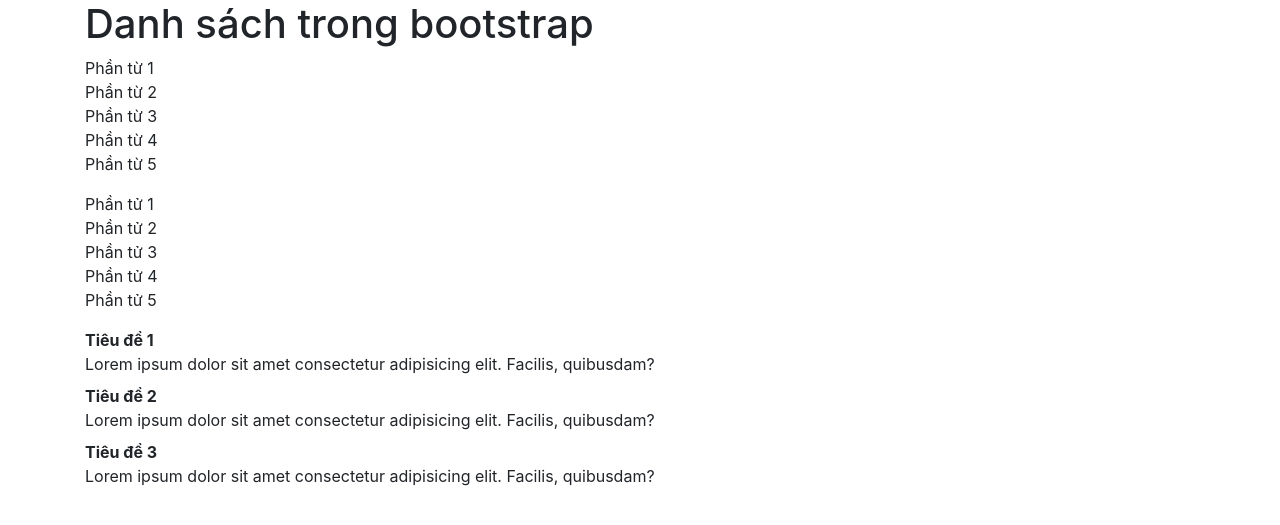
Repository: anhtu2110/front_end
Page: lesson/bootstrap/text-images/3.7-list.html
The author's editor kept a copy of each file at every save. The page is drawn from the files as they stood at one save, then again after the next save.
The browser window is 1280 px wide. The pictures show the whole page.

Above is the page before, as saved 2022-12-02 00:01:16.

### lesson/bootstrap/text-images/3.7-list.html
<!DOCTYPE html>
<html lang="en">
  <head>
    <meta charset="UTF-8" />
    <meta http-equiv="X-UA-Compatible" content="IE=edge" />
    <meta name="viewport" content="width=device-width, initial-scale=1.0" />
    <link rel="stylesheet" href="./bootstrap/css/bootstrap.min.css" />
    <title>Danh sách trong bootstrap</title>
  </head>
  <body>
    <div class="container">
      <div class="row">
        <div class="col-md-12">
          <h1>Danh sách trong bootstrap</h1>
          <ul class="list-unstyled list-inline">
            <li>Phần từ 1</li>
            <li>Phần từ 2</li>
            <li>Phần từ 3</li>
            <li>Phần từ 4</li>
            <li>Phần từ 5</li>
          </ul>
          <ol class="list-unstyled">
            <li>Phần tử 1</li>
            <li>Phần tử 2</li>
            <li>Phần tử 3</li>
            <li>Phần tử 4</li>
            <li>Phần tử 5</li>
          </ol>
          <dl>
            <dt>Tiêu đề 1</dt>
            <dd>
              Lorem ipsum dolor sit amet consectetur adipisicing elit. Facilis,
              quibusdam?
            </dd>
            <dt>Tiêu đề 2</dt>
            <dd>
              Lorem ipsum dolor sit amet consectetur adipisicing elit. Facilis,
              quibusdam?
            </dd>
            <dt>Tiêu đề 3</dt>
            <dd>
              Lorem ipsum dolor sit amet consectetur adipisicing elit. Facilis,
              quibusdam?
            </dd>
          </dl>
        </div>
      </div>
    </div>
    <script src="js/jquery-3.6.1.min.js"></script>
    <script src="js/popper.min.js"></script>
    <script src="./bootstrap/js/bootstrap.min.js"></script>
  </body>
</html>

Loaded but not shown: lesson/bootstrap/text-images/bootstrap/css/bootstrap.min.css (library); lesson/bootstrap/text-images/js/jquery-3.6.1.min.js (library); lesson/bootstrap/text-images/js/popper.min.js (library); lesson/bootstrap/text-images/bootstrap/js/bootstrap.min.js (library)

After the next save:
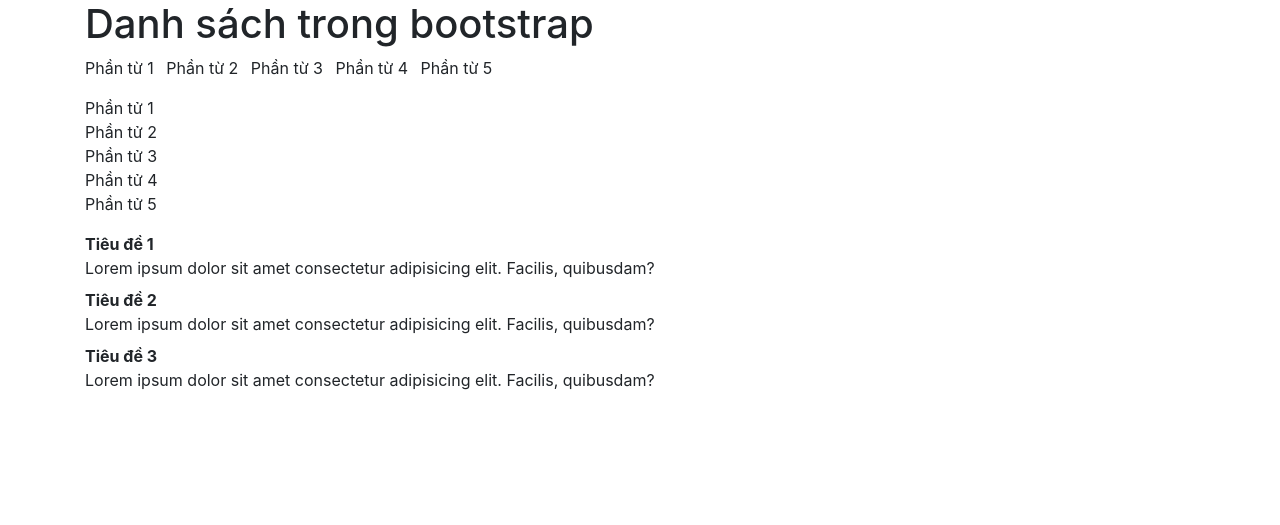
Saved 65 s later.
--- a/lesson/bootstrap/text-images/3.7-list.html
+++ b/lesson/bootstrap/text-images/3.7-list.html
@@ -12,12 +12,12 @@
       <div class="row">
         <div class="col-md-12">
           <h1>Danh sách trong bootstrap</h1>
-          <ul class="list-unstyled list-inline">
-            <li>Phần từ 1</li>
-            <li>Phần từ 2</li>
-            <li>Phần từ 3</li>
-            <li>Phần từ 4</li>
-            <li>Phần từ 5</li>
+          <ul class="list-unstyled l">
+            <li class="list-inline-item">Phần từ 1</li>
+            <li class="list-inline-item">Phần từ 2</li>
+            <li class="list-inline-item">Phần từ 3</li>
+            <li class="list-inline-item">Phần từ 4</li>
+            <li class="list-inline-item">Phần từ 5</li>
           </ul>
           <ol class="list-unstyled">
             <li>Phần tử 1</li>
